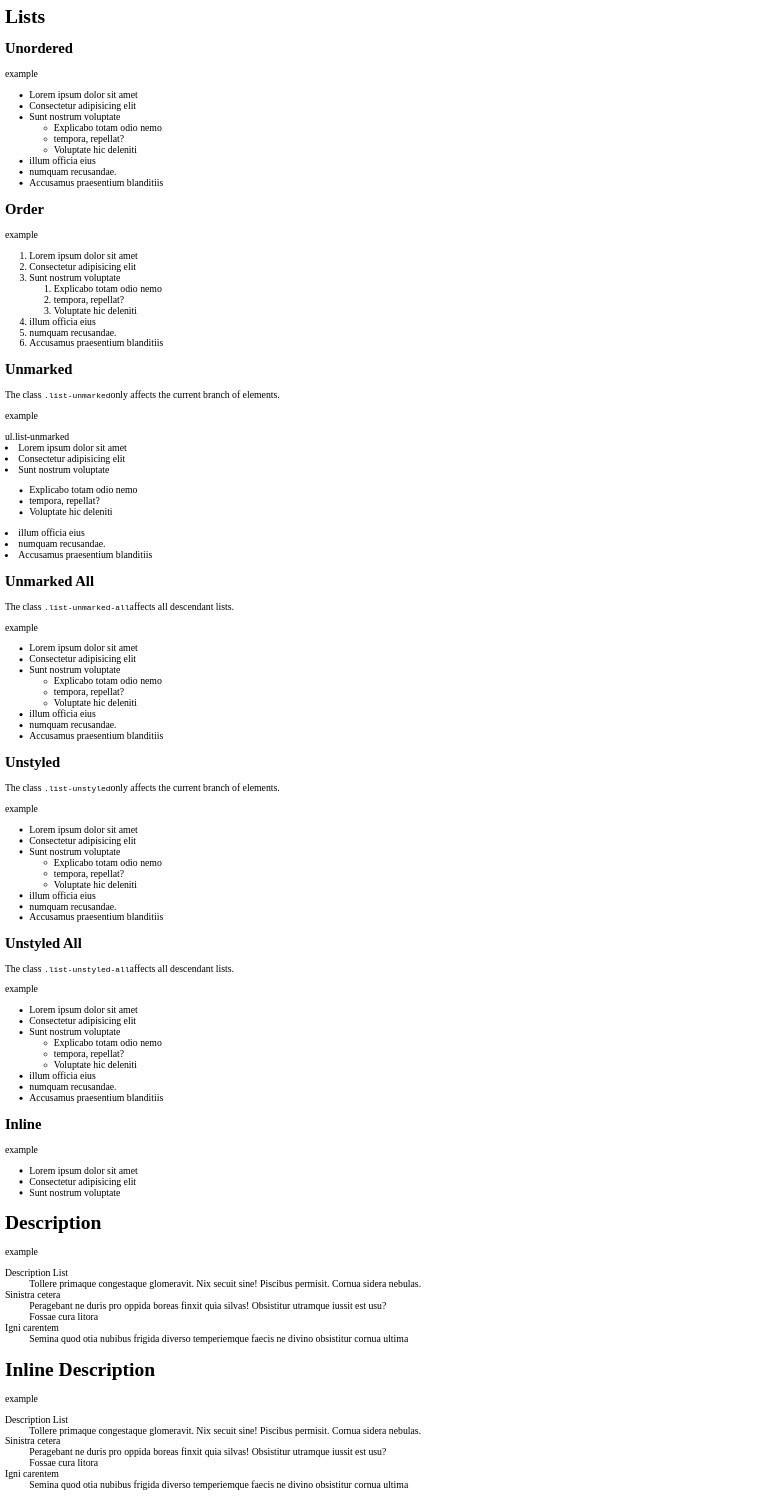
Repository: sympolinc/silk
Page: http://localhost/views/lists.php
The author's editor kept a record of every edit. The page is drawn from the files as they stood at one moment, then again after the next edit.
The browser window is 1280 px wide. The pictures show the whole page, at 61% of full size.
The page is run by PHP 8.4 with error messages shown; the project is at /var/www/html/.

Above is the page before.

### views/lists.php
<div class="section">
    <h1>Lists</h1>
    <div class="section">
        <h2>Unordered</h2>
        <div class="silk-example">
            <span class="lang">example</span>
            <div data-example>
                <ul>
                    <li>Lorem ipsum dolor sit amet</li>
                    <li>Consectetur adipisicing elit</li>
                    <li>Sunt nostrum voluptate
                        <ul>
                            <li>Explicabo totam odio nemo</li>
                            <li>tempora, repellat?</li>
                            <li>Voluptate hic deleniti</li>
                        </ul>
                    </li>
                    <li>illum officia eius</li>
                    <li>numquam recusandae.</li>
                    <li>Accusamus praesentium blanditiis</li>
                </ul>
            </div>
        </div>
    </div>
    <div class="section">
        <h2>Order</h2>
        <div class="silk-example">
            <span class="lang">example</span>
            <div data-example>
                <ol>
                    <li>Lorem ipsum dolor sit amet</li>
                    <li>Consectetur adipisicing elit</li>
                    <li>Sunt nostrum voluptate
                        <ol>
                            <li>Explicabo totam odio nemo</li>
                            <li>tempora, repellat?</li>
                            <li>Voluptate hic deleniti</li>
                        </ol>
                    </li>
                    <li>illum officia eius</li>
                    <li>numquam recusandae.</li>
                    <li>Accusamus praesentium blanditiis</li>
                </ol>
            </div>
        </div>
    </div>
    <div class="section">
        <h2>Unmarked</h2>
        <p>The class
            <code>.list-unmarked</code>only affects the current branch of elements.</p>
        <div
        class="silk-example">
            <span class="lang">example</span>
            <p data-example></p>
            <div>ul.list-unmarked
                <li>Lorem ipsum dolor sit amet</li>
                <li>Consectetur adipisicing elit</li>
                <li>Sunt nostrum voluptate
                    <ul>
                        <li>Explicabo totam odio nemo</li>
                        <li>tempora, repellat?</li>
                        <li>Voluptate hic deleniti</li>
                    </ul>
                </li>
                <li>illum officia eius</li>
                <li>numquam recusandae.</li>
                <li>Accusamus praesentium blanditiis</li>
            </div>
    </div>
</div>
<div class="section">
    <h2>Unmarked All</h2>
    <p>The class
        <code>.list-unmarked-all</code>affects all descendant lists.</p>
    <div class="silk-example">
        <span class="lang">example</span>
        <div data-example>
            <ul class="list-unmarked-all">
                <li>Lorem ipsum dolor sit amet</li>
                <li>Consectetur adipisicing elit</li>
                <li>Sunt nostrum voluptate
                    <ul>
                        <li>Explicabo totam odio nemo</li>
                        <li>tempora, repellat?</li>
                        <li>Voluptate hic deleniti</li>
                    </ul>
                </li>
                <li>illum officia eius</li>
                <li>numquam recusandae.</li>
                <li>Accusamus praesentium blanditiis</li>
            </ul>
        </div>
    </div>
</div>
<div class="section">
    <h2>Unstyled</h2>
    <p>The class
        <code>.list-unstyled</code>only affects the current branch of elements.</p>
    <div class="silk-example">
        <span class="lang">example</span>
        <div data-example>
            <ul class="list-unstyled">
                <li>Lorem ipsum dolor sit amet</li>
                <li>Consectetur adipisicing elit</li>
                <li>Sunt nostrum voluptate
                    <ul>
                        <li>Explicabo totam odio nemo</li>
                        <li>tempora, repellat?</li>
                        <li>Voluptate hic deleniti</li>
                    </ul>
                </li>
                <li>illum officia eius</li>
                <li>numquam recusandae.</li>
                <li>Accusamus praesentium blanditiis</li>
            </ul>
        </div>
    </div>
</div>
<div class="section">
    <h2>Unstyled All</h2>
    <p>The class
        <code>.list-unstyled-all</code>affects all descendant lists.</p>
    <div class="silk-example">
        <span class="lang">example</span>
        <div data-example>
            <ul class="list-unstyled-all">
                <li>Lorem ipsum dolor sit amet</li>
                <li>Consectetur adipisicing elit</li>
                <li>Sunt nostrum voluptate
                    <ul>
                        <li>Explicabo totam odio nemo</li>
                        <li>tempora, repellat?</li>
                        <li>Voluptate hic deleniti</li>
                    </ul>
                </li>
                <li>illum officia eius</li>
                <li>numquam recusandae.</li>
                <li>Accusamus praesentium blanditiis</li>
            </ul>
        </div>
    </div>
</div>
<div class="section">
    <h2>Inline</h2>
    <div class="silk-example">
        <span class="lang">example</span>
        <div data-example>
            <ul class="list-inline">
                <li>Lorem ipsum dolor sit amet</li>
                <li>Consectetur adipisicing elit</li>
                <li>Sunt nostrum voluptate</li>
            </ul>
        </div>
    </div>
</div>
<div class="section">
    <h1>Description</h1>
    <div class="silk-example">
        <span class="lang">example</span>
        <div data-example>
            <dl>
                <dt>Description List</dt>
                <dd>Tollere primaque congestaque glomeravit. Nix secuit sine! Piscibus permisit.
                    Cornua sidera nebulas.</dd>
                <dt>Sinistra cetera</dt>
                <dd>Peragebant ne duris pro oppida boreas finxit quia silvas! Obsistitur utramque
                    iussit est usu?</dd>
                <dd>Fossae cura litora</dd>
                <dt>Igni carentem</dt>
                <dd>Semina quod otia nubibus frigida diverso temperiemque faecis ne divino
                    obsistitur cornua ultima</dd>
            </dl>
        </div>
    </div>
</div>
<div class="section">
    <h1>Inline Description</h1>
    <div class="silk-example">
        <span class="lang">example</span>
        <div data-example>
            <dl class="dl-inline">
                <dt>Description List</dt>
                <dd>Tollere primaque congestaque glomeravit. Nix secuit sine! Piscibus permisit.
                    Cornua sidera nebulas.</dd>
                <dt>Sinistra cetera</dt>
                <dd>Peragebant ne duris pro oppida boreas finxit quia silvas! Obsistitur utramque
                    iussit est usu?</dd>
                <dd>Fossae cura litora</dd>
                <dt>Igni carentem</dt>
                <dd>Semina quod otia nubibus frigida diverso temperiemque faecis ne divino
                    obsistitur cornua ultima</dd>
            </dl>
        </div>
    </div>
</div>
</div>

After the next edit:
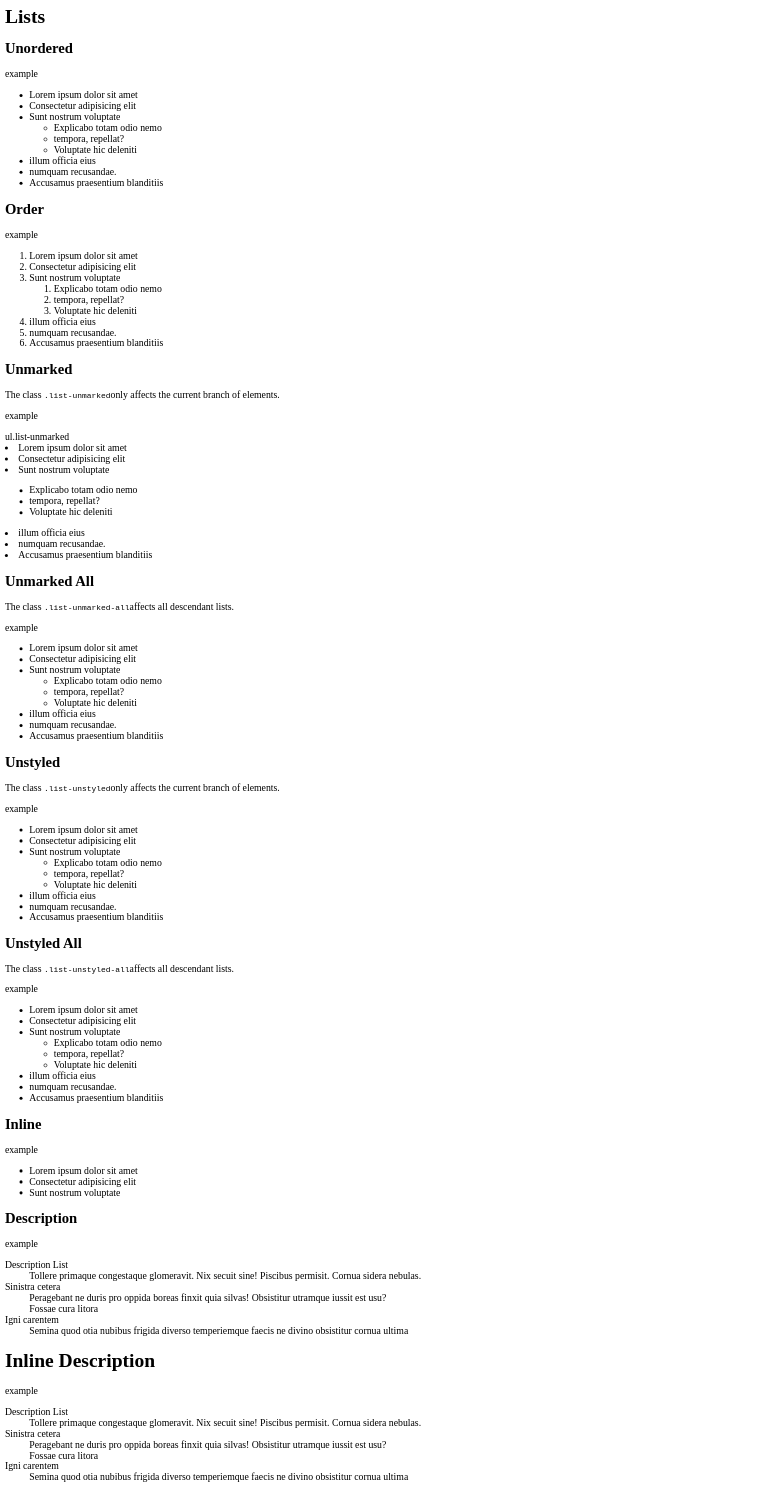
The edit:
--- a/views/lists.php
+++ b/views/lists.php
@@ -154,7 +154,7 @@
     </div>
 </div>
 <div class="section">
-    <h1>Description</h1>
+    <h2>Description</h2>
     <div class="silk-example">
         <span class="lang">example</span>
         <div data-example>
